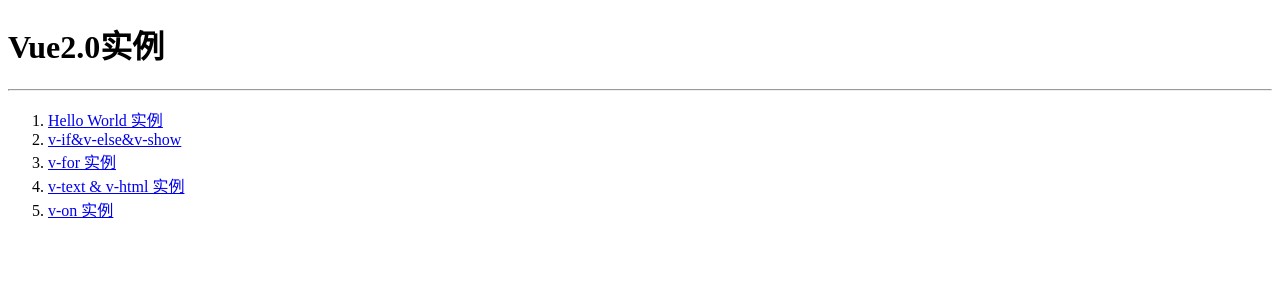
Repository: 13982720426/vue2.0-LearningNotes
Page: index.html
The author's editor kept a copy of each file at every save. The page is drawn from the files as they stood at one save, then again after the next save.
The browser window is 1280 px wide. The pictures show the whole page.

Above is the page before, as saved 2021-06-17 20:16:11.

After the next save:
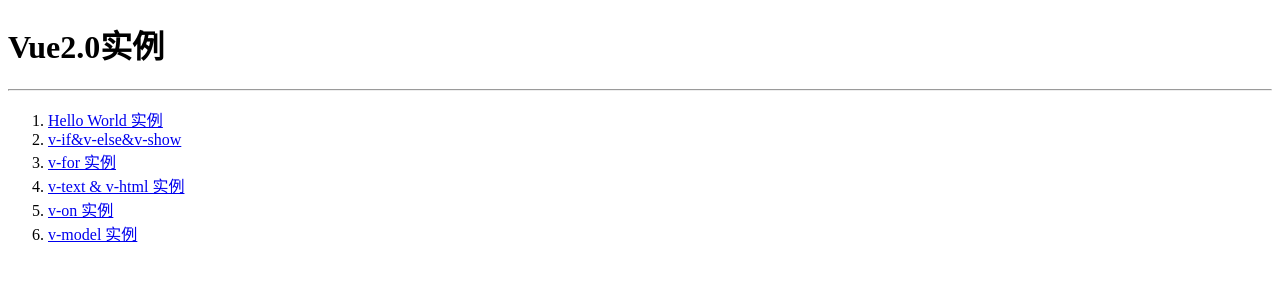
Saved 20 min 6 s later.
--- a/index.html
+++ b/index.html
@@ -15,6 +15,7 @@
       <li><a href="./example/v-for.html">v-for 实例</a></li>
       <li><a href="./example/v-text.html">v-text & v-html 实例</a></li>
       <li><a href="./example/v-on.html">v-on 实例</a></li>
+      <li><a href="./example/v-model.html">v-model 实例</a></li>
     </ol>
   </body>
 </html>
